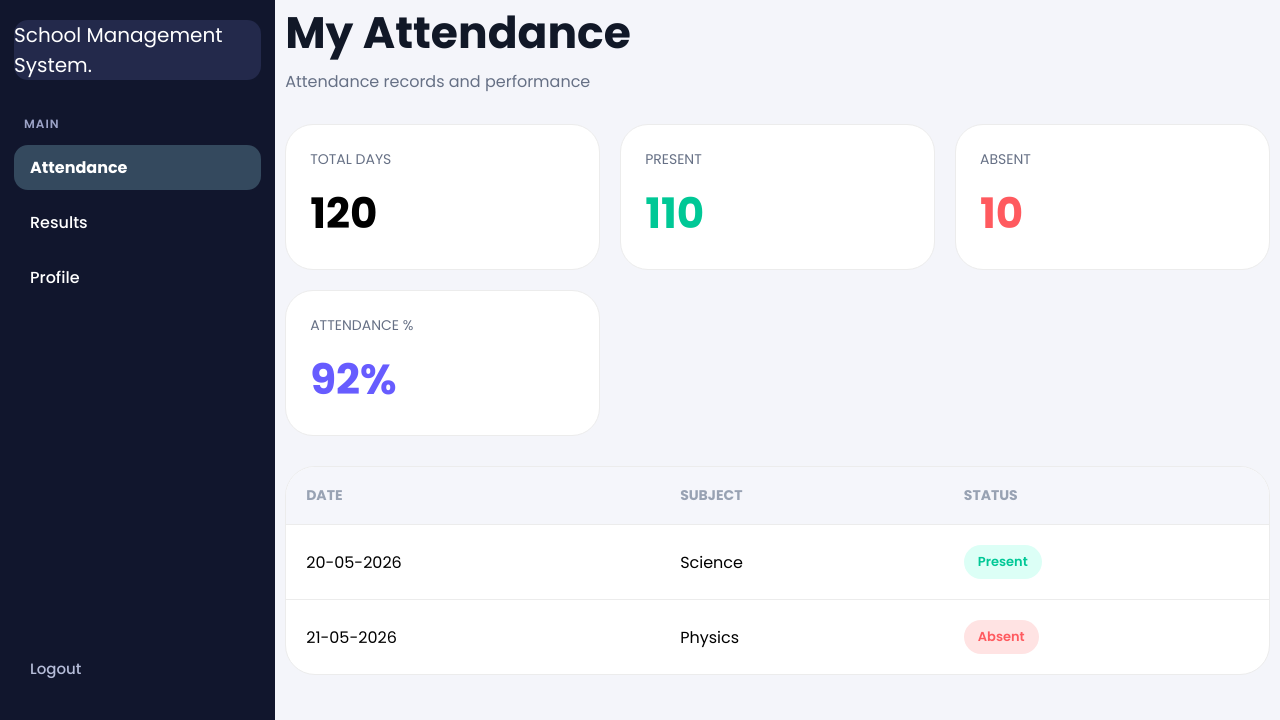
Repository: rohit-rk-07/school_management_system
Page: http://localhost/School_Management_System/student/attendance.jsp
These files come from the project's save history. The page is drawn as it stood at one moment and after the next save; the edit follows.
The browser window is 1280 px wide. The pictures show the whole page.
The page is served by Tomcat 10.

Above is the page before, as saved 2026-05-22 04:31:14.
Console error: TypeError: Cannot read properties of null (reading 'addEventListener')

After the next save:
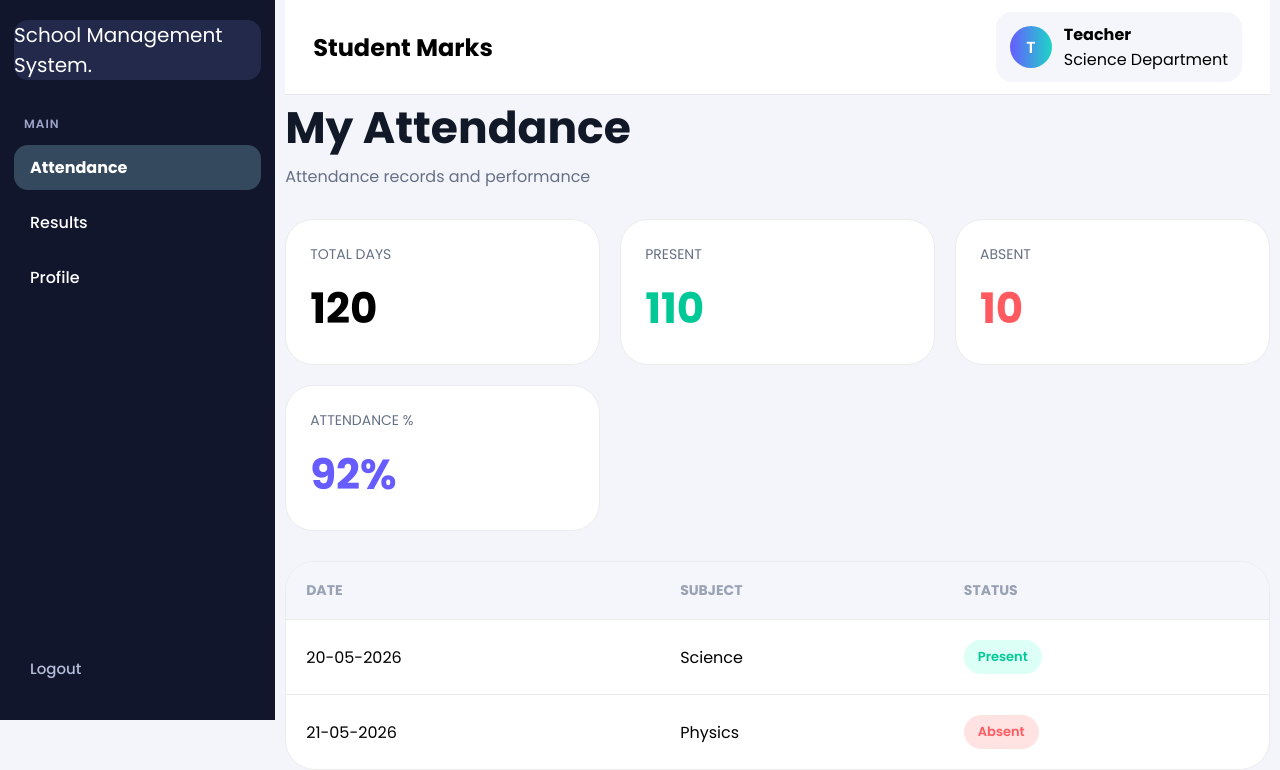
Saved 26 s later.
--- a/School_Management_System/src/main/webapp/student/attendance.jsp
+++ b/School_Management_System/src/main/webapp/student/attendance.jsp
@@ -171,6 +171,32 @@
 
     <div class="studentAttendanceContainer">
 
+	    <div class="attendanceTopbar">
+
+	        <h2 class="attendanceTopbarTitle">
+	            Student Marks
+	        </h2>
+
+	        <div class="attendanceTeacherProfile">
+
+	            <div class="attendanceTeacherAvatar">
+	                T
+	            </div>
+
+	            <div>
+
+	                <h4>Teacher</h4>
+
+	                <p class="attendanceTeacherRole">
+	                    Science Department
+	                </p>
+
+	            </div>
+
+	        </div>
+
+	    </div>
+
         <h1 class="studentAttendanceHeading">
             My Attendance
         </h1>

After the save that followed:
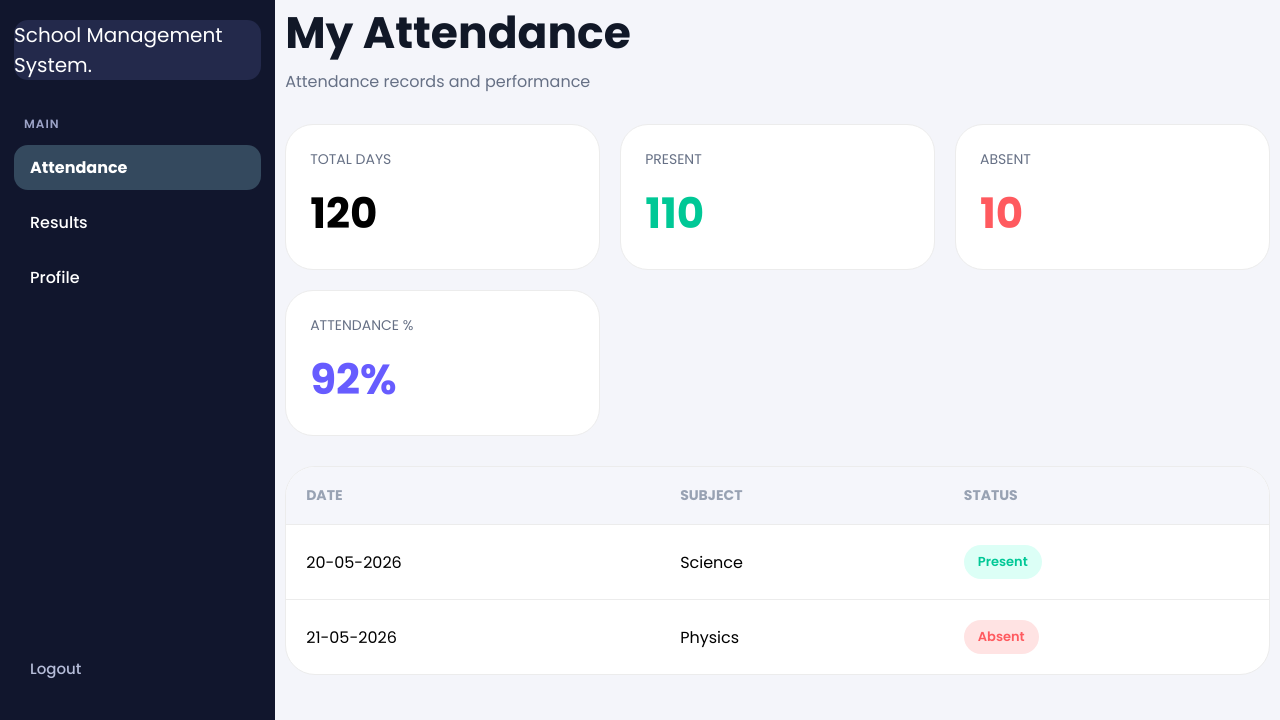
Saved 49 s later.
--- a/School_Management_System/src/main/webapp/student/attendance.jsp
+++ b/School_Management_System/src/main/webapp/student/attendance.jsp
@@ -130,36 +130,7 @@
             color:#ff5a5f;
         }
 
-        .attendanceTopbar {
-    width: 100%;
-    background: #ffffff;
-    padding: 12px 28px;
-    display: flex;
-    justify-content: space-between;
-    align-items: center;
-    border-bottom: 1px solid #e7e7e7;
-}
-
-.attendanceTeacherProfile {
-    display: flex;
-    align-items: center;
-    gap: 12px;
-    background: #f5f6fb;
-    padding: 10px 14px;
-    border-radius: 16px;
-}
-
-.attendanceTeacherAvatar {
-    width: 42px;
-    height: 42px;
-    border-radius: 50%;
-    background: linear-gradient(to right, #675cff, #1dd5c8);
-    display: flex;
-    align-items: center;
-    justify-content: center;
-    color: #ffffff;
-    font-weight: 600;
-}
+
 
     </style>
 
@@ -170,32 +141,6 @@
 	<jsp:include page="sidebar.jsp"/>
 
     <div class="studentAttendanceContainer">
-
-	    <div class="attendanceTopbar">
-
-	        <h2 class="attendanceTopbarTitle">
-	            Student Marks
-	        </h2>
-
-	        <div class="attendanceTeacherProfile">
-
-	            <div class="attendanceTeacherAvatar">
-	                T
-	            </div>
-
-	            <div>
-
-	                <h4>Teacher</h4>
-
-	                <p class="attendanceTeacherRole">
-	                    Science Department
-	                </p>
-
-	            </div>
-
-	        </div>
-
-	    </div>
 
         <h1 class="studentAttendanceHeading">
             My Attendance
